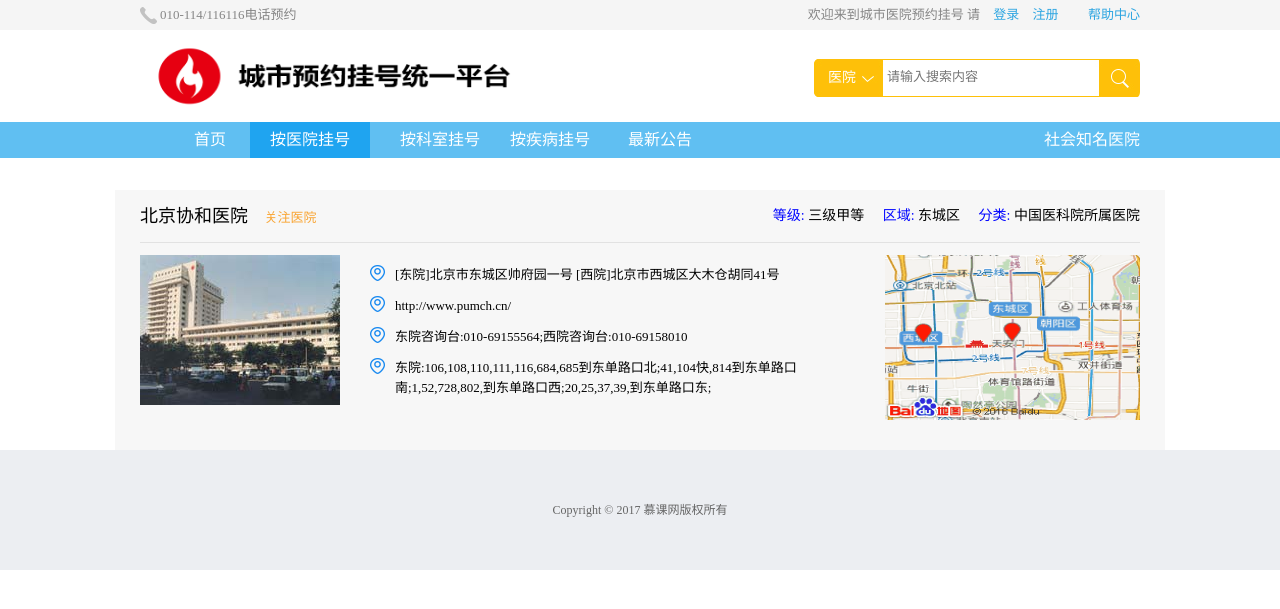
Repository: ScarApocalypse/study
Page: 挂号平台/hospital_detail.html
The author's editor kept a copy of each file at every save. The page is drawn from the files as they stood at one save, then again after the next save.
The browser window is 1280 px wide. The pictures show the whole page.

Above is the page before, as saved 2019-01-22 22:41:49.

### 挂号平台/hospital_detail.html
<!DOCTYPE html>
<html lang="en">

<head>
    <meta charset="UTF-8">
    <title>城市预约挂号</title>
    <link rel="stylesheet" href="css/layout.css">
    <link rel="stylesheet" type="text/css" href="css/base.css">
    <link rel="stylesheet" type="text/css" href="css/ui.css">
    <link rel="stylesheet" href="css/hosptial.css">
    <link rel="stylesheet" href="css/hospital_detail.css">
    <script type="text/javascript" src="js/jquery-1.7.1.min.js"></script>
    <script type="text/javascript" src="js/data.js"></script>
    <script src="js/hosptial.js"></script>
</head>

<body>
    <!-- 顶部区域 -->
    <div id="top" class="top">
        <div class="wrap">
            <p class="call">010-114/116116电话预约</p>
            <p class="welcome">欢迎来到城市医院预约挂号&nbsp;请&nbsp;<a href="#">登录</a>
                <a href="#">注册</a>
                &nbsp;&nbsp;&nbsp;&nbsp;
                <a href="#">帮助中心</a>
            </p>

        </div>
    </div>
    <!-- 头部区域 -->
    <div id="header" class="header">
        <div class="wrap">
            <a href="index.html" class="logo">
                <img src="img/logo.png">
            </a>
            <div class="search ui-search">
                <div class="ui-search-selected">医院</div>
                <div class="ui-search-selected-list">
                    <a href="#">科室</a>
                    <a href="#">疾病</a>
                    <a href="#">医院</a>

                </div>
                <input class="ui-search-input" type="text" name="search-content" placeholder="请输入搜索内容">
                <a href="#" class="ui-search-submit"></a>
            </div>
        </div>
    </div>
    <!-- 导航栏区域 -->
    <div id="nav" class="nav">
        <div class="wrap">
            <a href="index.html" class="link">首页</a>
            <a href="hosptial.html" class="link link_focus">按医院挂号</a>
            <a href="#" class="link">按科室挂号</a>
            <a href="#" class="link">按疾病挂号</a>
            <a href="#" class="link">最新公告</a>
            <a href="#" class="link right">社会知名医院</a>
        </div>
    </div>
    <!-- 医院信息 -->
    <div class="hospitalDetail wrap">
        <div class="hospitalDetail-title">
            北京协和医院
            <a href="#" class="focus">关注医院</a>
            <div class="hospitalDetail-title-info">
                <span class="header">等级:</span>
                <span class="text">三级甲等</span>
                <span class="header">区域:</span>
                <span class="text">东城区</span>
                <span class="header">分类:</span>
                <span class="text">中国医科院所属医院</span>
            </div>
        </div>
        <div class="hospitalDetail-content">
            <img src="img/hospital-1.jpg" alt="">
            <img src="img/map-1.png" alt="">
            <div class="address">[东院]北京市东城区帅府园一号 [西院]北京市西城区大木仓胡同41号</div>
            <div class="website">http://www.pumch.cn/</div>
            <div class="phone">东院咨询台:010-69155564;西院咨询台:010-69158010</div>
            <div class="message">东院:106,108,110,111,116,684,685到东单路口北;41,104快,814到东单路口南;1,52,728,802,到东单路口西;20,25,37,39,到东单路口东;</div>
        </div>
    </div>
    <!-- 页脚区域 -->
    <div id="footer" class="footer">
        Copyright &copy 2017 慕课网版权所有
    </div>
    <!-- 回到顶部 -->
    <!-- <a class="go-top" href="#"></a> -->
    <script type="text/javascript" src="js/ui.js"></script>
</body>

</html>

### 挂号平台/css/layout.css
*{
	margin:0;
	padding:0;
}
.clearfix:after{
	content:' ';
	display: block;
	height:0;
	line-height: 0;
	clear:both;
	zoom:1;
}
.wrap{
	width: 1000px;
	margin:0 auto;
	position: relative;
}
.top{
	height: 30px;
	background-color:#f5f5f5;
}
.header{
	height: 92px;
}
.nav{
	height: 36px;
	background-color:#60bff2;
}
.banner{
	width: 802px;
	margin:0 auto;
	height: 414px;
	padding:9px 0 0 198px;
}
.banner-slider{
	float: left;
	width: 544px;
	height: 414px;
	background-color: #8edff3;
}
.banner-search{
	float:right;
	width:250px;
	height:255px;
	background-color: #eee;
}
.banner-help{
	float: right;
	width: 250px;
	height: 146px;
	background-color: #ccc;
	margin-top:12px;
}
.content{
	padding:10px 0 38px 0;
}
.content-tab{
	float: left;
	width: 742px;
	height: 490px;
	background-color: #eee;
}
.content-close,
.content-news{
	float: right;
	width: 248px;
	height: 236px;
	border:1px solid #ccc;
}
.content-close{
	margin-top:12px;
	border-color:red;
}
.footer{
	height:70px;
	padding:25px;
	background-color: #eceef2;
}

### 挂号平台/css/base.css
p{
	display: inline-block;
}
a{
	text-decoration: none;
}
select,input{
	border:none;
	outline:none;
}
img{
	display: block;
}
/*top样式*/
.top{
	line-height: 30px;
	font-size:13px;
	color:#868686;
}
.top .call{
	float:left;
	padding-left:20px;
	background:url(../img/icon-call.png) no-repeat center left;
}
.top .welcome{
	float: right;
}
.top a{
	color:#2da5e1;
	padding-left:10px;
}
/*header样式*/
.header .logo{
	width: 402px;
	height: 74px;
	padding:9px 0;
	display: inline-block;
}
.header .logo img{
	width: 100%;
	height: 100%;
}
.header .search{
	width: 326px;
	height: 38px;
	position: absolute;
	right:0;
	top:29px;
	background-color: orange;
}
/*nav样式*/
.nav .link{
	display: inline-block;
	float:left;
	padding-left:30px;
	line-height: 36px;
	color:#fff;
	font-size:16px;
	min-width:80px;
	text-align: center;
}
.nav .right{
	float:right;
}
.nav .link_focus{
	color:#fff;
	background-color:#1fa4f0;
	padding:0 20px;
}
.nav a:hover{
	color:#d7f3ff;
}
.nav .menu{
	width: 130px;
	padding-right: 30px;
	background-color: #1fa4f0;
	position: relative;

}
.nav .menu .menu-list{
	position: absolute;
	background-color: #1fa4f0;
	width: 100%;
	height: 423px;
	left: 0;
	top:36px;

}
/*banner内样式*/
.banner-search{
	background-color: #fafafa
}
.banner-help .caption,
.banner-search .caption{
	height: 22px;
	padding:15px 0 15px 0;
	text-align: center;
}
.banner-help .caption .text,
.banner-search .caption .text{
	display: inline-block;
	height: 22px;
	line-height: 22px;
	padding-left:28px;
	color:#fec009;
	font-size:16px;
	background: url(../img/icon-help.png) no-repeat 0 0;
}

.banner-search .form{
	height: 150px;
}
.banner-search .form .line{
	padding-bottom:9px;
	text-align: center;
}
.banner-search .form .line select{
	width: 170px;
	font-size:12px;
	z-index:0;
	border:1px solid #dcdddd;
	height: 26px;
	line-height: 26px;
	padding:2px 0;
	border-radius: 5px;
	color:#666;
}
.banner-search .submit{
	height: 32px;
	text-align: center;
}
.banner-search .submit .button{
	width: 108px;
	height: 32px;
	background-color: #f3cd09;
	font-size: 14px;
	color:#fff;
	border-radius: 3px;
	cursor: pointer;
}
.banner-help{
	background-color: #fafafa;
}
.banner-help .caption .text{
	color:#00b3ea;
	background-position: 0 -23px;
}
.banner-help .link{
	color:#00b3ea;
	display: inline-block;
	width: 86px;
	height: 26px;
	line-height: 26px;
	font-size:14px;
	text-align: center;
	padding:0 0 8px 26px;
}
/*content样式*/

/*content新闻和停诊样式*/
.content-close,
.content-news{
	background-color:#fff;
	border:1px solid #f4f6fa;
}
.content-close .caption,
.content-news .caption{
	height:38px;
	line-height: 38px;
	background-color: #f4f6fa;
	text-indent:20px;
	color:#fec009;
	font-size:15px;
}
.content-close .more,
.content-news .more{
	float: right;
	padding-right: 22px;
	font-size:12px;
	color:#868686;
}
.content-close .list,
.content-news .list{
	padding: 15px 20px 13px 35px;
	line-height: 29px;
	font-size:12px;
	background: url(../img/list-yellow.jpg) 15px 22px no-repeat;
}
.content-close .list .link,
.content-news .list .link{
	display: block;
	color:#969696;
}

.content-close .caption{
	color:#4ab4ed;
}
.content-close .list{
	background: url(../img/list-blue.jpg) 15px 22px no-repeat;

}
/*tab样式*/
.content-tab{
	background: none;
}
.content-tab .caption{
	height: 34px;
	line-height: 34px;
	background-color: #f5f6fa;
}
.content-tab .caption .item{
	display: block;
	width: 112px;
	height: 34px;
	text-align: center;
	float: left;
	color:#00b3ea;
}
.content-tab .caption .item_focus{
	background-color: #60bff2;
	color:#fff;
}
.content .block{
	border:1px solid #f4f6fa;
	height: 452px;
}
.content-tab .block-caption{
	height: 26px;
	line-height: 26px;
	padding:8px;
	border-bottom:1px solid #f4f6fa;
}
.content-tab .block-caption-item{
	display: inline-block;
	padding:0 10px 0 10px;
	font-size:12px;
	color:#4c4948;
}
.content-tab .block-caption-item_focus{
	background-color: #60bff2;
	color:#fff;
}
.content-tab .block-content{
	padding:16px 12px;
}
.content-tab .block-content .block-list .item{
	float: left;
	width:216px;
	height: 102px;
	padding:0 20px 10px 120px;
	position: relative;
	font-size:12px;
}
.content-tab .block-content .block-list .item img{
	width: 110px;
	height: 98px;
	position: absolute;
	left:0;
	top:0;
}
.content-tab .block-content .block-list .item-name{
	color:#036eb7;
	font-size:14px;
	line-height: 21px;
	padding-top:13px;
}
.content-tab .block-content .block-list .item-level{
	float: right;
	font-size:12px;
	color:#979797;
}
.content-tab .block-content .block-list .item-phone,
.content-tab .block-content .block-list .item-address{
	/*font-size:12px;*/
	line-height: 18px;
	padding-bottom:4px;
	color:#666;
}
/*tab文案列表样式*/
.content-tab .block-content .block-text-list{

}
.content-tab .block-content .block-text-list .item{
	width: 351px;
	height: 27px;
	display: block;
	font-size:14px;
	color:#666;
	padding-top:8px;
	float: left;
	border-bottom:1px dashed #dcdddd;

}
.content-tab .block-content .block-text-list .item:nth-child(2n){
	margin-left:13px;
}
.content-tab .block-content .block-text-list .item .level{
	float: right;
	padding-right:10px;
}
.content-tab .block-content .block-more{
	display: block;
	line-height: 55px;
	text-align: center;
	color:#5084c4;
	font-size:14px;
}
/*页脚样式*/
.footer{
	line-height: 70px;
	text-align: center;
	font-size:12px;
	color:#666;
}
.go-top{
	display: block;
	position: fixed;
	width: 40px;
	height: 40px;
	right:2px;
	bottom:2px;
	z-index:99;
	color:#fff;
	background: rgb(102,102,102) url(../img/icon-go-up.png) center no-repeat;
	/*background: red;*/
}
.go-top:hover{
	background: rgb(102,102,102);
}
.go-top:hover:after{
	content:'回到顶部';
	display: block;
	line-height: 20px;
	text-align: center;
}

### 挂号平台/css/ui.css
/*ui-search搜索*/
.ui-search {
	background: url(../img/ui-search.jpg);
	font-size: 14px;
	color: #fff;
	position: relative;
}

.ui-search-selected {
	width: 70px;
	height: 38px;
	line-height: 38px;
	position: absolute;
	left: 0;
	top: 0;
	text-indent: 14px;
}

.ui-search-selected-list {
	display: none;
	position: absolute;
	width: 67px;
	line-height: 24px;
	background-color: #fff;
	box-shadow: 3px 3px 5px rgba(0, 0, 0, .2);
	left: 2px;
	top: 36px;
	z-index: 2;
}

.ui-search-selected-list a {
	display: block;
	text-align: center;
	color: #a5a2a2;
}

.ui-search-selected-list a:hover {
	background-color: #ebeef5;
}

.ui-search-input {
	width: 208px;
	height: 26px;
	position: absolute;
	top: 5px;
	left: 73px;
	line-height: 26px;
	font-size: 13px;
	color: #a5a2a2;
}

.ui-search-submit {
	display: block;
	position: absolute;
	right: 0;
	top: 1px;
	width: 40px;
	height: 36px;
}

/* ui-menu分类菜单 */
.ui-menu{}
.ui-menu-item{
	height: 22px;
	line-height: 22px;
	padding:8px 5px 9px 6px;
	/* margin-left:2px; */
	/* position: relative; */
}
.ui-menu-item:hover{
	background: #fff;
}
.ui-menu-item-department{
	float: left;
	height: 22px;
	line-height: 22px;
	position: relative;
	padding-left:30px;
	font-size:14px;
	color:#fff;
}
.ui-menu-item-department:before{
	content:'';
	display:block;
	width: 22px;
	height: 21px;
	position: absolute;
	left:0;
	top:1px;
	background:url('../img/icon-menu.jpg') -22px 0 no-repeat;
}
.ui-menu-item:nth-child(2) .ui-menu-item-department:before{
	background-position-y:-22px;
}
.ui-menu-item:nth-child(3) .ui-menu-item-department:before{
	background-position-y:-66px;
}
.ui-menu-item-disease{
	font-size: 12px;
	float:right;
	padding-left:5px;
	color:#d7f3ff
}
.ui-menu-item:hover .ui-menu-item-department:before{
	background-position-x: 0;
}
.ui-menu-item:hover .ui-menu-item-department{
	color:#333;
}
.ui-menu-item:hover .ui-menu-item-disease{
	color:#868686;
}
.ui-menu-item:hover .ui-menu-item-detail{
	display: block;
}
.ui-menu-item-detail{
	display:none;
	position: absolute;
	width: 500px;
	height: 393px;
	padding:20px 10px 10px 29px;
	background:#fff url(../img/bg-menu.jpg) center no-repeat;
	top:0;
	left:190px;
	box-shadow:5px 5px 2px rgba(0,0,0,.1);
	z-index:9;

}
.ui-menu-item-detail-group{
	padding-bottom:20px;
	text-align: left;


}
.ui-menu-item-detail-group-caption{
	width: 100%;
	display:block;
	color:#666;
	font-size:16px;
	font-weight:bold;
	line-height: 34px;
	height: 34px;
}
.ui-menu-item-detail-group-list{
	line-height: 23px;
}
.ui-menu-item-detail-group-list a{
	display: inline-block;
	color:#868686;
	margin-right:8px;
	font-size:12px;
	padding-bottom:5px;
}
.ui-menu-item-detail-group-list a:after{
	content:'|';
	color:#eee;
	padding-left:8px;
}
/* ui-slider组件 */
.ui-slider{
	width: 544px;
	height: 414px;
	position: relative;
	overflow: hidden;
}
.ui-slider-wrap{
	width: 99999px;
	height: 414px;
	position: absolute;
	left:0;
	right:0;
	transition:all .5s;
}
.ui-slider-wrap .item{
	display: block;
	float:left;
	width: 544px;
	height: 414px;
}
.ui-slider-arrow{
	width: 544px;
	height: 40px;
	position: absolute;
	/* background: #000;	 */
	top:50%;
	transform: translateY(-50%);
}
.ui-slider-arrow .item{
	display: block;
	width: 40px;
	height: 40px;
	position: absolute;
	top:0;
	background: url(../img/ui-slider-arrow.png) no-repeat;
}
.ui-slider-arrow .left{
	left:0;
}
.ui-slider-arrow .right{
	right:0;
	background-position: -40px 0;
}
.ui-slider-process{
	width: 544px;
	height: 12px;
	text-align: center;
	position: absolute;
	left:0;
	bottom:20px;
}
.ui-slider-process .item{
	display: inline-block;
	width: 16px;
	height: 16px;
	background:url(../img/ui-slider-process.png) no-repeat;

}
.ui-slider-process .item_focus,
.ui-slider-process .item:hover{
	background-position: -23px 0;
}
/* 回到顶部 */
.ui-backTop{
	display: none;
	position: fixed;
	right:2px;
	bottom: 2px;
	z-index: 9;
	width: 40px;
	height: 40px;
	color: #fff;
	background:rgba(102,102,102,.9) url(../img/icon-go-up.png) center no-repeat;
}
.ui-backTop:hover{
	background: rgba(102,102,102,.9);
}
.ui-backTop:hover:after{
	content:'回到顶部';
	display: block;
	line-height: 20px;
	text-align: center;
}

### 挂号平台/css/hosptial.css
/* 筛选区域 */
.filter{
    min-height: 100px;
    background-color: #fbfbfb;
    margin:20px auto;
}
.filter .group{
    padding:15px 60px 15px 180px;
    color:#4c4948;
    font-size:12px;
    line-height: 18px;
    min-height:30px;
    position: relative;
}
.filter .group .caption{
    position: absolute;
    left: 30px;
    top: 21px;
    width: 150px;
}
.filter .group .condition{
   color:#4c4948;
   display: inline-block;
   position: relative;
   margin:6px 24px 6px 0px;
   padding:0 5px;
}
.filter .group .caption .condition{
    position: absolute;
    right:0;
    top: -6px;
}
.filter .group .caption .condition::before,
.filter .group .condition::after{
    content:'';
    display: block;
    width: 1px;
    height: 18px;
    background: #dcdddd;
    position: absolute;
    top:0;
    right:-12px;
}
.filter .group .caption .condition::before{
    left:-12px;
}
.filter .group .condition_focus,
.filter .group .condition:hover{
    color:#fff;
    background-color:#60bff2;
}
/* 医院列表 */
.datalist .item{
    height: 130px;
    padding:23px 0 23px 224px;
    border:1px solid #f4f6fa;
    border-bottom:none;
    position: relative;
}
.datalist .item .cover{
    width: 180px;
    height: 130px;
    position: absolute;
    overflow: hidden;
    left: 15px;
    top: 23px;
}
.datalist .item:hover{
    background-color:#f5fcff;
}
.data .item .cover img{
    width: 100%;
    height: 100%;
}
.datalist .item .name{
    padding:13px 0;
    color:#000;
    font-size:15px;
}
.datalist .item .name .level{
    padding:0 2px 0 14px;
    color:#f7b52c;
    font-size: 12px;
}
.datalist .item .address,
.datalist .item .phone,
.datalist .item .time{
    margin-bottom:8px;
    font-size: 13px;
    color:#888;
    line-height: 17px;
    padding-left:22px;
    background: url(../img/icon-tel.png) no-repeat;
    background-position: 1px -36px;
}
.datalist .item .phone{
    background-position: 1px 0;
}
.datalist .item .address{
    background-position: 1px -17px;
}
.datalist .item .button{
    position: absolute;
    width: 105px;
    height: 37px;
    right: 70px;
    top:76px;
    display: block;
    background:url(../img/button-now.png) no-repeat  center left;
}
.datalist .item .button:hover{
    background-position: center right;
}
/* 分页区域 */
.pagination{
    height: 45px;
    line-height: 25px;
    border:1px solid #f4f6fa;
    text-align: center;
    color:#666;
    font-size:15px;
    margin-bottom:200px;
    padding:10px 0;
    box-sizing: border-box;
}
.pagination .item{
    margin-left:14px;
    color:#666;
    display: inline-block;
}
.pagination .item_icon:hover{
    background-color: #00b3ec;
}
.pagination .item_icon{
    background:url(../img/icon-pagination-arrow.png) no-repeat;
}
.pagination .item_prev{
    background-position: 6px -15px;
}
.pagination .item_prev:hover{
    background-position: -20px -15px;
}
.pagination .item_next{
    background-position: 8px 4px;
}
.pagination .item_next:hover{
    background-position: -18px 4px;
}
.pagination .input_page,
.pagination .item_page,
.pagination .item_icon{
    display: inline-block;
    width: 23px;
    height: 23px;
    line-height: 23px;
    border:solid 1px #dcdddd;
    border-radius:3px;
}
.pagination .item_page_focus{
    background:#00b3ec;
    color:#fff
}
.pagination .input_page{
    width: 45px;
    text-align: center;
}
.pagination .input_submit{
    width: 34px;
    height: 25px;
    display: inline-block;
    margin-left:10px;
    background:url(../img/icon-pagination-go.png);
    vertical-align:middle;
    cursor: pointer;
}

### 挂号平台/css/hospital_detail.css
.hospitalDetail{
    height: 260px;
    background:#f7f7f7;
    margin-top:32px;
    /* padding-left:250px */
    padding:0 25px;
    position: relative;
}
.hospitalDetail .hospitalDetail-title{
    font-size:18px;
    height: 52px;
    line-height: 52px;
    border-bottom:1px solid #e2e2e2;
}
.hospitalDetail .hospitalDetail-title .focus{
    color:#f9a533;
    font-size:13px;
    margin-left:12px;
}
.hospitalDetail .hospitalDetail-title .hospitalDetail-title-info{
    float:right;
    font-size:14px;
}
.hospitalDetail .hospitalDetail-title .hospitalDetail-title-info .header{
    color:#0205ff;
    margin-left:15px;
}
.hospitalDetail-content{
    padding:22px 270px 0 230px;
    position: relative;
}
.hospitalDetail-content img{
    position: absolute;
    left:0;
    top:12px;
    width: 200px;
    height: 150px;
}
.hospitalDetail-content img:nth-child(2){
    width: 255px;
    height: 165px;
    left:auto;
    right:0;
}
.hospitalDetail .hospitalDetail-content .website,
.hospitalDetail .hospitalDetail-content .phone,
.hospitalDetail .hospitalDetail-content .message,
.hospitalDetail .hospitalDetail-content .address{
    background: url(../img/icon-web.png) 0 0 no-repeat;

    padding-left:25px;
    font-size:13px;
    line-height: 20px;
    height:16px;

    margin-bottom:15px;
    padding-top:-5px;

}

### 挂号平台/js/ui.js
//ui-search组件
$.fn.UiSearch = function () {
	var ui = $(this);
	var flag = 0;
	$('.ui-search-selected', ui).on('click', function () {
		if (flag) {
			$('.ui-search-selected-list').hide();
			flag = 0;
		} else {
			$('.ui-search-selected-list').show();
			flag = 1;
		}

		return false;
	});
	$('.ui-search-selected-list a', ui).on('click', function () {
		$('.ui-search-selected').text($(this).text());
		$('.ui-search-selected-list').hide();
		flag = 0;
		return false;
	});
	$('body').on('click', function () {
		if (flag) {
			$('.ui-search-selected-list').hide();
			flag = 0;
		}

	});
};
$.fn.UiSlider = function () {
	var ui = $(this);
	var wrap = $('.ui-slider-wrap');
	var btn_prev = $('.ui-slider-arrow .left', ui);
	var btn_next = $('.ui-slider-arrow .right', ui);
	var items = $('.ui-slider-wrap .item', ui);
	var tips = $('.ui-slider-process .item', ui);
	// 预定义
	var current = 0;
	var size = items.size();
	var width = items.eq(0).width();
	var enableAuto = true;
	// 具体操作
	ui.on('mouseover', function () {
		enableAuto = false;
	}).on('mouseout', function () {
		enableAuto = true;
	});
	wrap
		.on('move_to', function (evt, index) {
			wrap.css('left', index * width * -1);
			tips.removeClass('item_focus').eq(index).addClass('item_focus');
		})
		.on('move_prev', function () {
			if (current <= 0) {
				current = size - 1;
			}
			current = current - 1;
			wrap.triggerHandler('move_to', current);
		})
		.on('move_next', function () {
			if (current == size - 1) {
				current = -1;
			}
			current = current + 1;
			wrap.triggerHandler('move_to', current);
		})
		.on('auto_move', function () {
			setInterval(function () {
				enableAuto && wrap.triggerHandler('move_next');
			}, 2000)
		});
	btn_prev.on('click', function () {
		wrap.triggerHandler('move_prev');
	});
	btn_next.on('click', function () {
		wrap.triggerHandler('move_next');
	});
	wrap.triggerHandler('auto_move');
};
// 级联菜单
$.fn.UiCascading = function () {
	var ui = $(this);
	var selects = $('select', ui);
	selects
		.on('reloadOptions', function () {
			var method = $(this).attr('data-search');
			var args = $(this).attr('data-where').split(',');

			var data = AjaxRemoteGetData[method].apply(this,args);
			var select = $(this);

			select.find('option').remove();
			// console.log(select[0]);
			$.each(data, function (i, item) {
				var el = $('<option value="' + item + '">' + item + '</option>');
				// console.log(el[0]);

				select.append(el);
			});

		})
		.on('change', function () {
			var val = $(this).val();
			var index = selects.index(this);
			// 触发下一个select的更新，根据当前的值
			var where = $(this).attr('data-where');
			where = where ? where.split(',') : [];
			where.push($(this).val());
			selects.eq(index + 1)
				.attr('data-where', where.join(','))
				.triggerHandler('reloadOptions');

			ui.find('select:gt(' + (index + 1) + ')').each(function () {
				$(this)
					.attr('data-where', '')
					.triggerHandler('reloadOptions');
			});


		});

	selects.eq(0).triggerHandler('reloadOptions');

};
$.fn.UiTab=function(header,content,focus_prefix){
	var ui=$(this);
	var tabs=$(header,ui);
	var cons=$(content,ui);
	var focus_prefix=focus_prefix||'';
	tabs.on('click',function(){
		var index=$(this).index();

		tabs.removeClass(focus_prefix+'item_focus').eq(index).addClass(focus_prefix+'item_focus');
		cons.hide().eq(index).show();

	});
};
$.fn.UiBackTop=function(){
	var ui=$(this);

	var el=$('<a class="ui-backTop" href="#"></a>');
	ui.append(el);
	// alert('msg');
	var windowHeight=$(window).height();
	$(window).on('scroll',function(){
		var top=$('html').scrollTop();
		if(top>windowHeight){

			el.show();
		}else{
			el.hide();
		}
	});
};
$(function () {
	console.log("hello");
	$('.ui-search').UiSearch();
	$('.ui-slider').UiSlider();
	$('.ui-cascading').UiCascading();
	$('.content-tab').UiTab('.caption > .item','.block > .item');
	$('.content-tab .block .item').UiTab('.block-caption>a','.block-content > .block-wrap','block-caption-');
	$('body').UiBackTop();
	console.log(AjaxRemoteGetData.getDistinctArea());
});

Loaded but not shown: 挂号平台/js/jquery-1.7.1.min.js (library); 挂号平台/js/hosptial.js (145 lines, source omitted); 挂号平台/js/data.js (172 lines, source omitted)

After the next save:
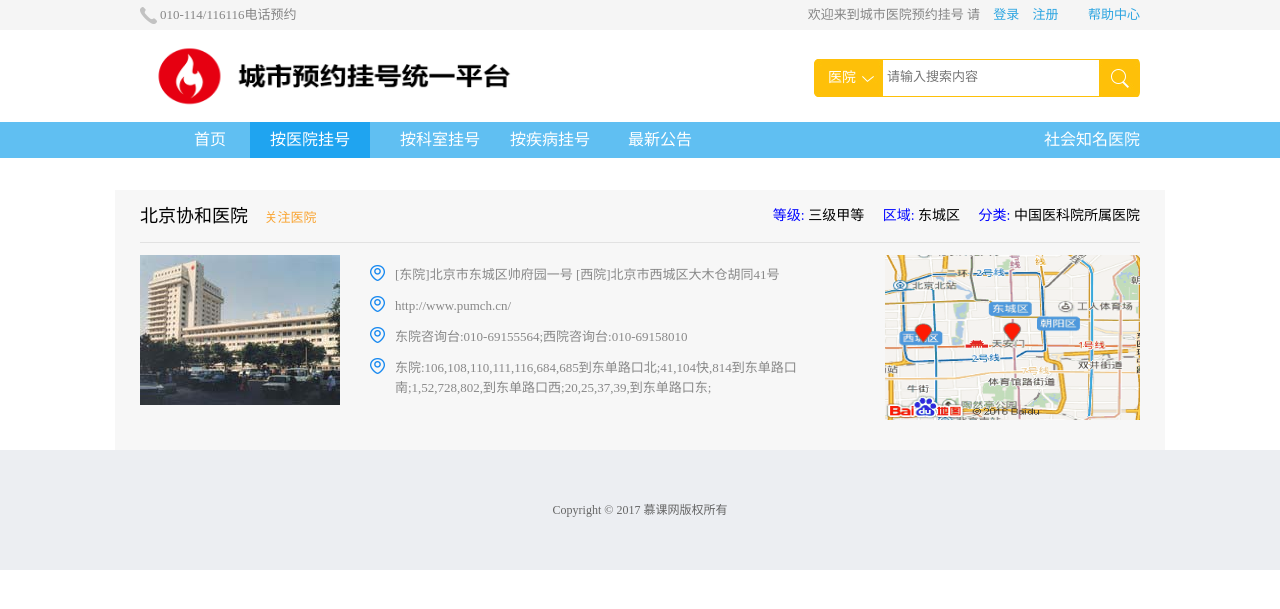
Saved 22 s later.
--- a/挂号平台/css/hospital_detail.css
+++ b/挂号平台/css/hospital_detail.css
@@ -52,8 +52,6 @@
     font-size:13px;
     line-height: 20px;
     height:16px;
-
     margin-bottom:15px;
-    padding-top:-5px;
-
+    color:#888;
 }
